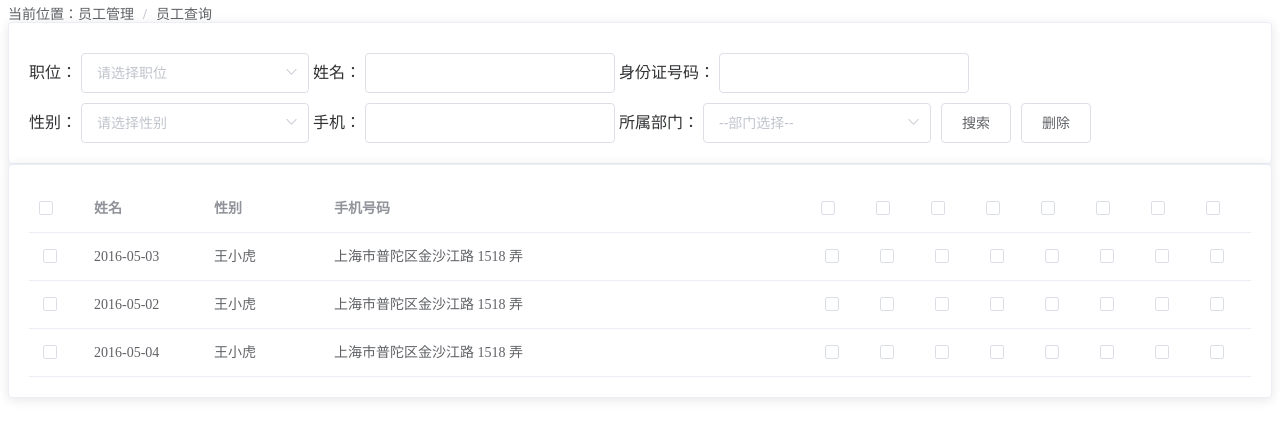
Repository: YUNjwyao/vue_hrm
Page: /#/employee
These files come from the project's save history. The page is drawn as it stood at one moment and after the next save; the edit follows.
The browser window is 1280 px wide. The pictures show the whole page.
The project was rebuilt for these pictures with package versions that can differ from the ones it lists, and the page was loaded fresh each time.

Above is the page before, as saved 2020-10-15 19:35:32.

After the next save:
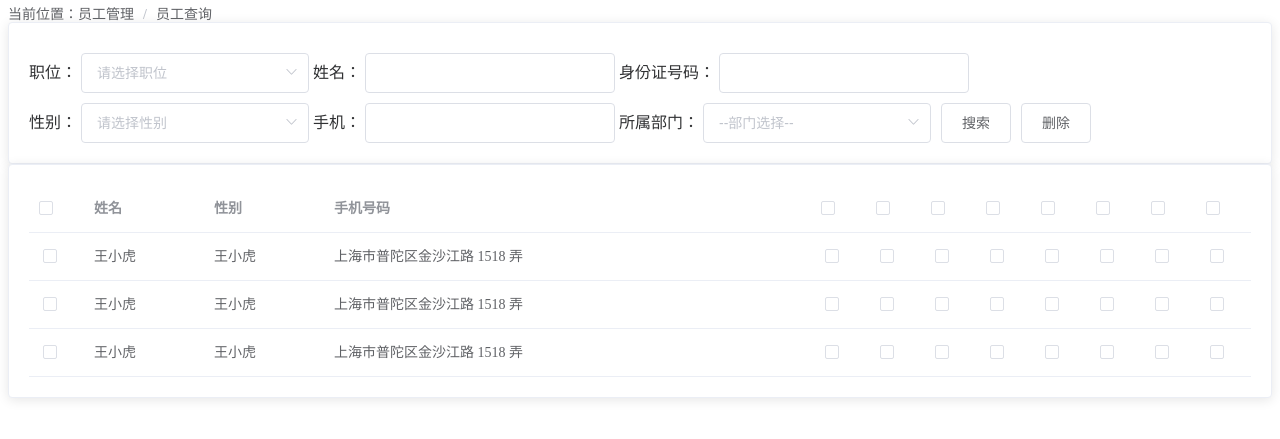
Saved 2 min 11 s later.
--- a/src/components/Employee/EmployeeQuery.vue
+++ b/src/components/Employee/EmployeeQuery.vue
@@ -63,9 +63,10 @@
       width="55">
     </el-table-column>
     <el-table-column
+	  prop="name"
       label="姓名"
       width="120">
-      <template slot-scope="scope">{{ scope.row.date }}</template>
+      <template slot-scope="scope">{{ scope.row.name }}</template>
     </el-table-column>
     <el-table-column
       prop="name"
